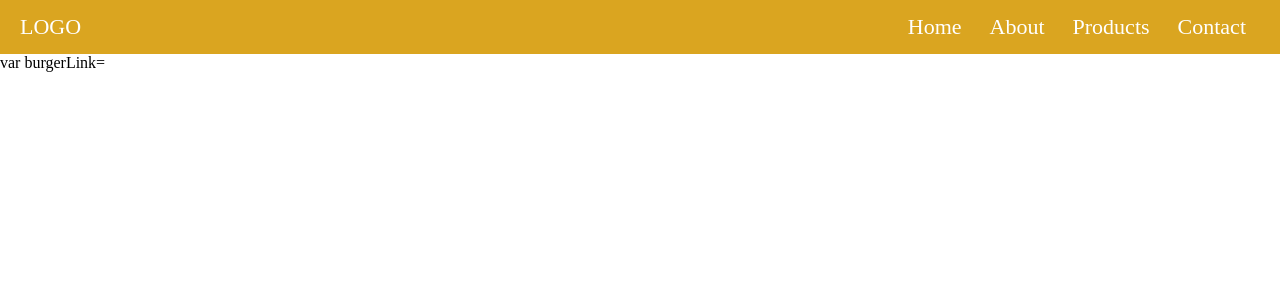
Repository: albayrakfatih/Flex-Navbar
Page: navbar-w-flexbox.html
The author's editor kept a copy of each file at every save. The page is drawn from the files as they stood at one save, then again after a run of saves.
The browser window is 1280 px wide. The pictures show the whole page.

Above is the page before, as saved 2023-05-09 20:42:54.

After the next 4 saves:
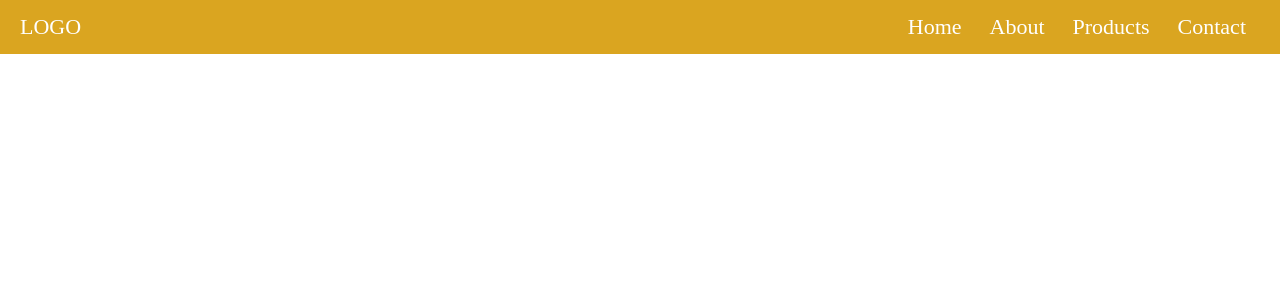
Console error: ReferenceError: displayMenu is not defined
The 4 saves are shown as one change because they came seconds apart.
The last was saved 19 s later.
--- a/navbar-w-flexbox.html
+++ b/navbar-w-flexbox.html
@@ -26,7 +26,9 @@
     </nav>
 
 
-    var burgerLink=
+    <script>
+        displayMenu
+    </script>
 
 </body>
 </html>
